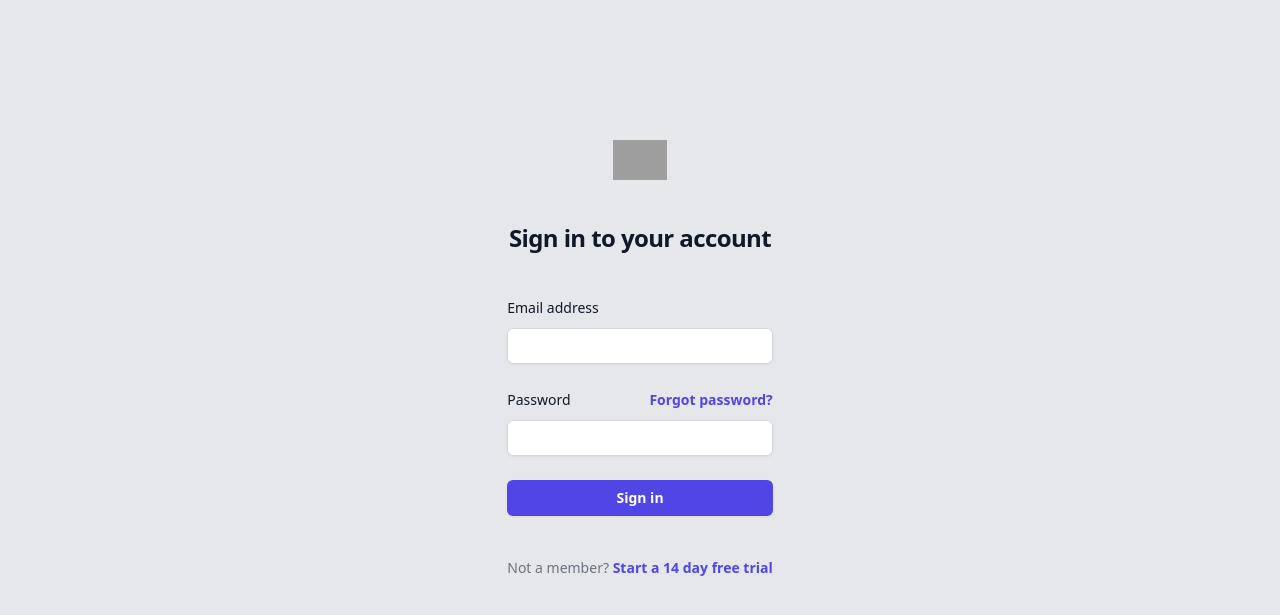
Repository: boschierob/interventio-app
Page: login.html
The author's editor kept a copy of each file at every save. The page is drawn from the files as they stood at one save, then again after the next save.
The browser window is 1280 px wide. The pictures show the whole page.
Pictures or frames that could not be fetched are drawn as grey boxes.

Above is the page before, as saved 2023-11-08 16:25:17.

After the next save:
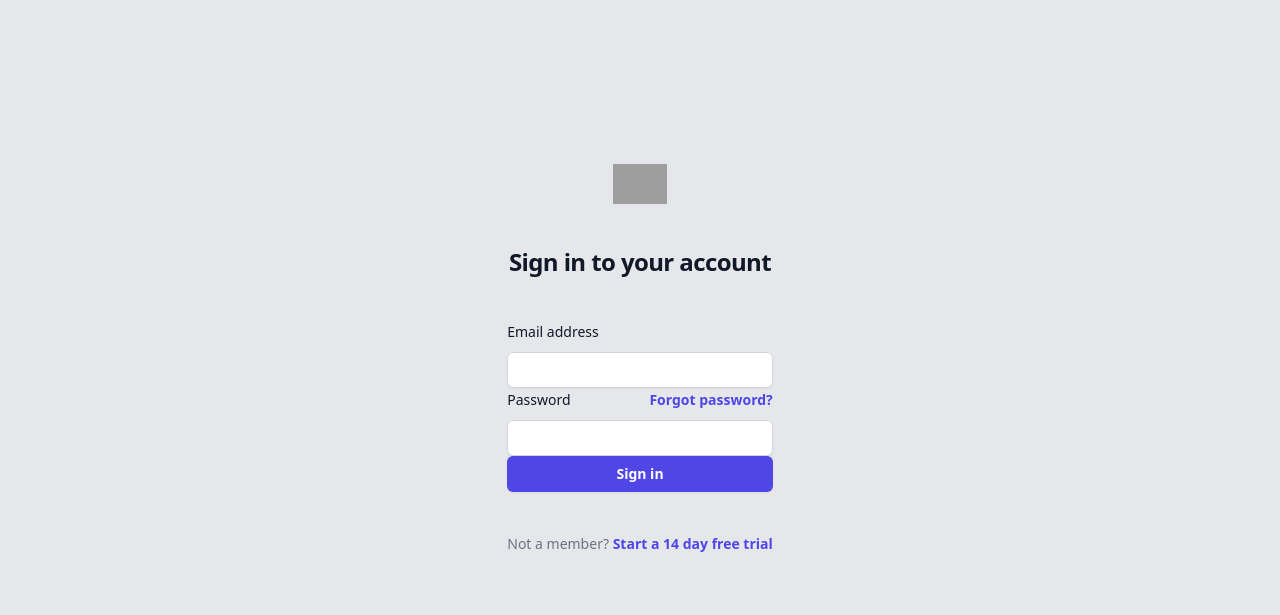
Saved 4 h 33 min later.
--- a/login.html
+++ b/login.html
@@ -8,7 +8,7 @@
     <link href="https://cdn.jsdelivr.net/npm/tailwindcss@2.2.19/dist/tailwind.min.css" rel="stylesheet">
 </head>
 <body class="bg-gray-200 flex justify-center items-center h-screen">
-    <div class="flex min-h-full flex-col justify-center px-6 py-12 lg:px-8">
+    <form class="flex min-h-full flex-col justify-center px-6 py-12 lg:px-8">
         <div class="sm:mx-auto sm:w-full sm:max-w-sm">
           <img class="mx-auto h-10 w-auto" src="https://tailwindui.com/img/logos/mark.svg?color=indigo&shade=600" alt="Your Company">
           <h2 class="mt-10 text-center text-2xl font-bold leading-9 tracking-tight text-gray-900">Sign in to your account</h2>
@@ -45,6 +45,6 @@
             <a href="#" class="font-semibold leading-6 text-indigo-600 hover:text-indigo-500">Start a 14 day free trial</a>
           </p>
         </div>
-      </div>
+    </form>
 </body>
 </html>
